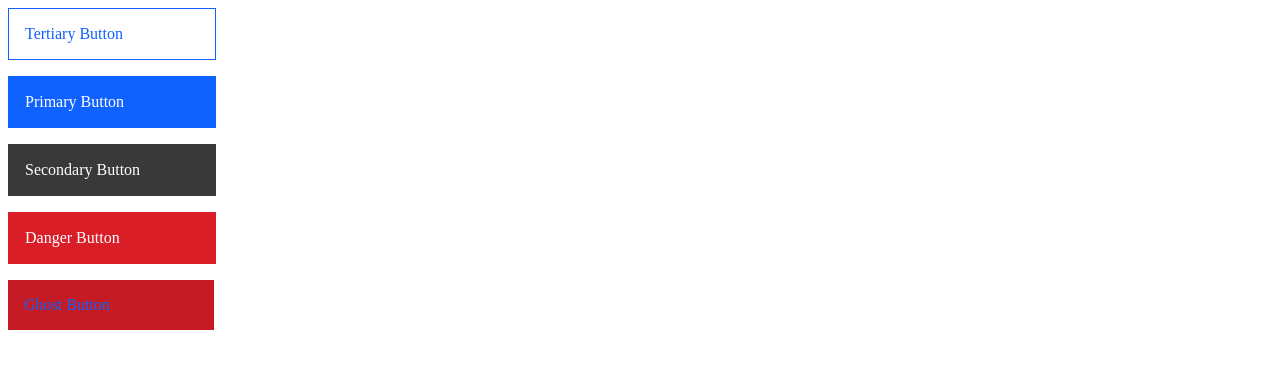
Repository: prav10194/ibm-carbon-components-vanilla
Page: buttons/index.html
These files come from the project's save history. The page is drawn as it stood at one moment and after the next save; the edit follows.
The browser window is 1280 px wide. The pictures show the whole page.
The pointer rests on the first visible `.ghost-button`.
Some web fonts or font styles are not loaded; a fallback is used.

Above is the page before, as saved 2020-11-12 19:51:12.

### buttons/index.html
<!DOCTYPE html>
<html lang="en">
<head>
    <meta charset="UTF-8">
    <meta name="viewport" content="width=device-width, initial-scale=1.0">
    <link rel="shortcut icon" href="./assets/ibm--cloud.svg" />
    <link rel="stylesheet" href="./node_modules/@ibm/plex/css/ibm-plex-sans-kr.css">
    <link rel="stylesheet" href="./node_modules/@ibm/plex/css/ibm-plex.css">
    <link rel="stylesheet" href="./index.css">
    <title>Button examples</title>
</head>
<style>
    .buttondiv > *:not(:first-child) {
        margin-top: 1rem;
    }
</style>
<body>
    <div class="buttondiv" style="display: flex; flex-direction: column;">
        <div class="tertiary-button">Tertiary Button</div>
        <div class="primary-button">Primary Button</div>
        <div class="secondary-button">Secondary Button</div>
        <div class="danger-button">Danger Button</div>
        <div class="ghost-button">Ghost Button</div>
    </div>
</body>
</html>

### buttons/index.css
.tertiary-button {
    font-size: 1rem;
    border: 1px solid #0f62fe;
    color: #0f62fe;
    padding: 1rem 4rem 1rem 1rem;
    width: 10%;
    font-family: IBM Plex Sans;
}

.tertiary-button:hover {
    background-color: #0f62fe;
    color: white;
    cursor: pointer;
}

.primary-button {
    font-size: 1rem;
    border: 1px solid #0f62fe;
    background-color: #0f62fe;
    color: white;
    padding: 1rem 4rem 1rem 1rem;
    width: 10%;
    font-family: IBM Plex Sans;
}

.primary-button:hover {
    /* background-color: #0f62fe; */
    /* color: white; */
    background-color: #0d58e4;
    cursor: pointer;
}

.secondary-button {
    font-size: 1rem;
    border: 1px solid #393939;
    background-color: #393939;
    color: white;
    padding: 1rem 4rem 1rem 1rem;
    width: 10%;
    font-family: IBM Plex Sans;
}

.secondary-button:hover {
    background-color: #4c4c4c;
    cursor: pointer;
}

.danger-button {
    font-size: 1rem;
    border: 1px solid #da1e28;
    background-color: #da1e28;
    color: white;
    padding: 1rem 4rem 1rem 1rem;
    width: 10%;
    font-family: IBM Plex Sans;
}

.danger-button:hover {
    background-color: #c41b24;
    cursor: pointer;
}

.ghost-button {
    font-size: 1rem;
    color: #0f62fe;
    padding: 1rem 4rem 1rem 1rem;
    width: 10%;
    font-family: IBM Plex Sans;
}

.ghost-button:hover {
    background-color: #c41b24;
    cursor: pointer;
}

Loaded but not shown: fonts/node_modules/@ibm/plex/css/ibm-plex-sans-kr.css (library); fonts/node_modules/@ibm/plex/css/ibm-plex.css (library)

After the next save:
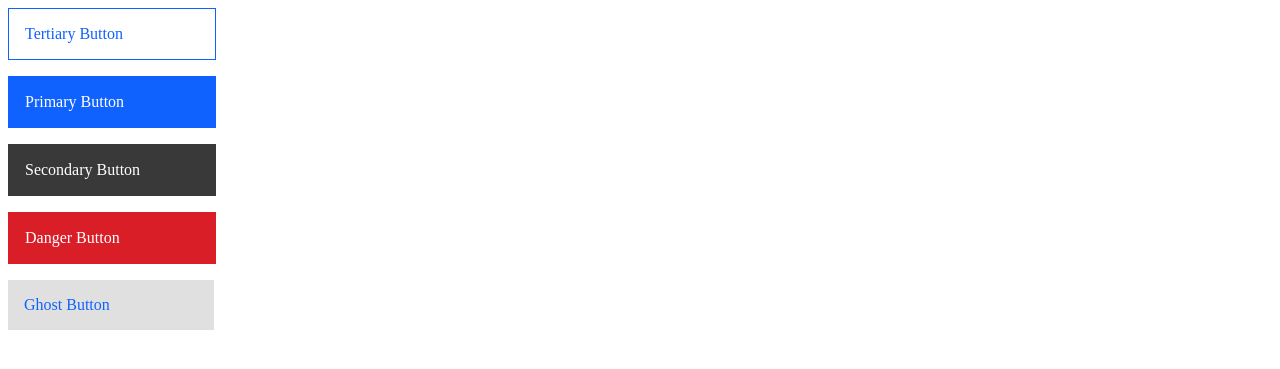
Saved 87 s later.
--- a/buttons/index.css
+++ b/buttons/index.css
@@ -69,6 +69,6 @@
 }
 
 .ghost-button:hover {
-    background-color: #c41b24;
+    background-color: #e0e0e0;
     cursor: pointer;
 }
